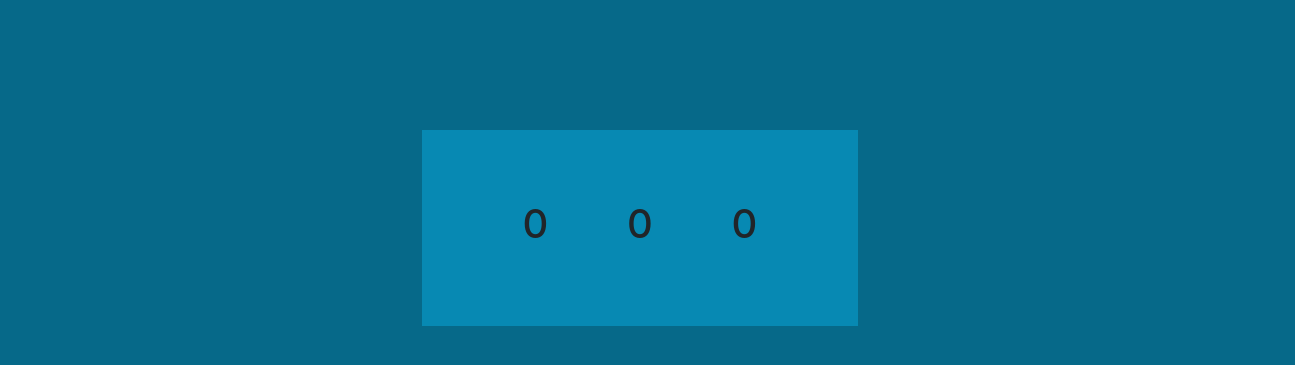
Repository: moiz9265/stopwatch
Page: index.html
An editor plug-in stored every save of this project. The page is shown before and after a run of saves, followed by the edit.
The browser window is 1280 px wide. The page is 1295 px wide, so the pictures cover 1295 px, including what lies to the right of the window. The pictures show the whole page.

Above is the page before, as saved 2020-07-09 22:57:25.

### index.html
<!DOCTYPE html>
<html lang="en">
  <head>
    <meta charset="utf-8">
    <title>Stop Watch</title>

    <link rel="stylesheet" href="css/bootstrap.min.css">
    <link rel="stylesheet" href="css/style.css" type="text/css">
    <script src="js/app.js">

    </script>
  </head>
  <body>
      <!-- <h1  style="text-align: center;">Stop Watch</h1> -->
        <div class="row" style="margin-top: 80px;">
            <div class="col-md-4">

            </div>
            <div id="maindiv" style=" text-align: center;" class="col-sm-12 col-md-4">
                <h1>0</h1>
                <h1>0</h1>
                <h1>0</h1>
                <!-- <h1>0</h1> -->
            </div>
            <div class="col-md-4">

            </div>

        </div>
  </body>
  <script src="js/jquery-3.2.1.slim.min.js"></script>
  <script src="js/popper.min.js"></script>
  <script src="js/bootstrap.min.js"> </script>
</html>

### css/style.css
body{
    background-color: #066989;
}

#maindiv
{
        margin-top: 50px;
    width: 40%;
    background-color: #0789B3;
    padding-top: 70px;
    padding-bottom: 70px;
    padding-left: 30px;
    padding-right: 30px;


}

h1
{
    display: inline-block;
    width: 100px;
   text-align: center;
}

Loaded but not shown: css/bootstrap.min.css (library); js/jquery-3.2.1.slim.min.js (library); js/popper.min.js (library); js/bootstrap.min.js (library); js/app.js (no stored copy; drawn as an empty file)

After the next 2 saves:
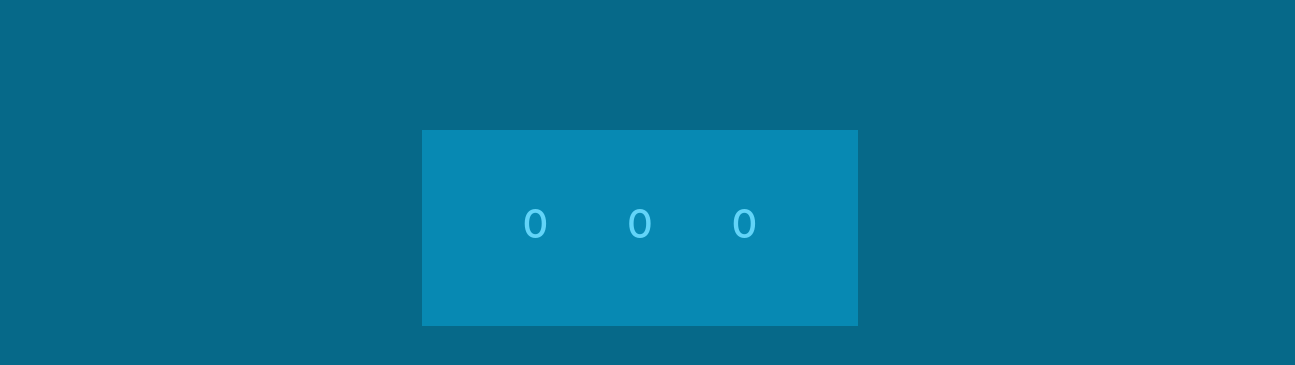
The 2 saves are shown as one change because they came seconds apart.
The last was saved 34 s later.
--- a/css/style.css
+++ b/css/style.css
@@ -20,4 +20,5 @@ h1
     display: inline-block;
     width: 100px;
    text-align: center;
+   color: #62D4F8;
 }
